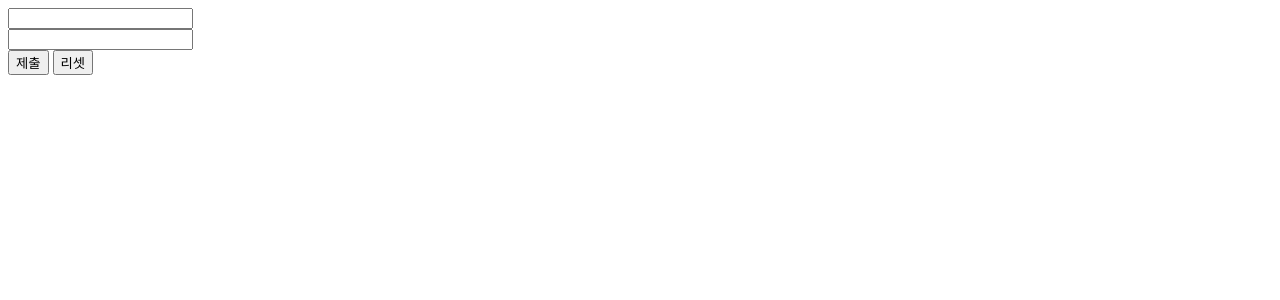
Repository: Kimhwawon/jsp_practice
Page: http://localhost/JSPBasic/JsObject/1.requests/req_param_send.jsp
An editor plug-in stored every save of this project. The page is shown before and after the next save, followed by the edit.
The browser window is 1280 px wide. The pictures show the whole page.
The page is served by Tomcat 9.

Above is the page before, as saved 2022-02-03 05:26:21.

After the next save:
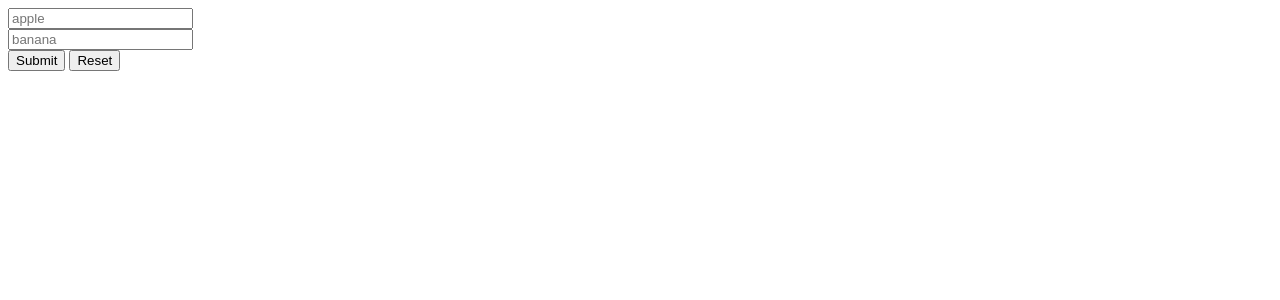
Saved 2 min 58 s later.
--- a/JSPBasic/src/main/webapp/JsObject/1.requests/req_param_send.jsp
+++ b/JSPBasic/src/main/webapp/JsObject/1.requests/req_param_send.jsp
@@ -12,10 +12,10 @@
 	name속성은 하나는 apple, 하나는 banana로 해 주세요.
 	reset버튼과 submit 버튼도 각각 하나씩 만들어주세요. --%>
 	<form action="" method="post">
-	<input type = "text" name="apple"/> <br/>
-	<input type = "password" name= "banana"/> <br/>
-	<input type = "submit" value="제출"/>
-	<input type = "reset" value="리셋"/>
+	<input type = "text" name="apple" placeholder="apple"/> <br/>
+	<input type = "password" name= "banana" placeholder= "banana"/> <br/>
+	<input type = "submit"/>
+	<input type = "reset"/>
 	</form>
 
 </body>
